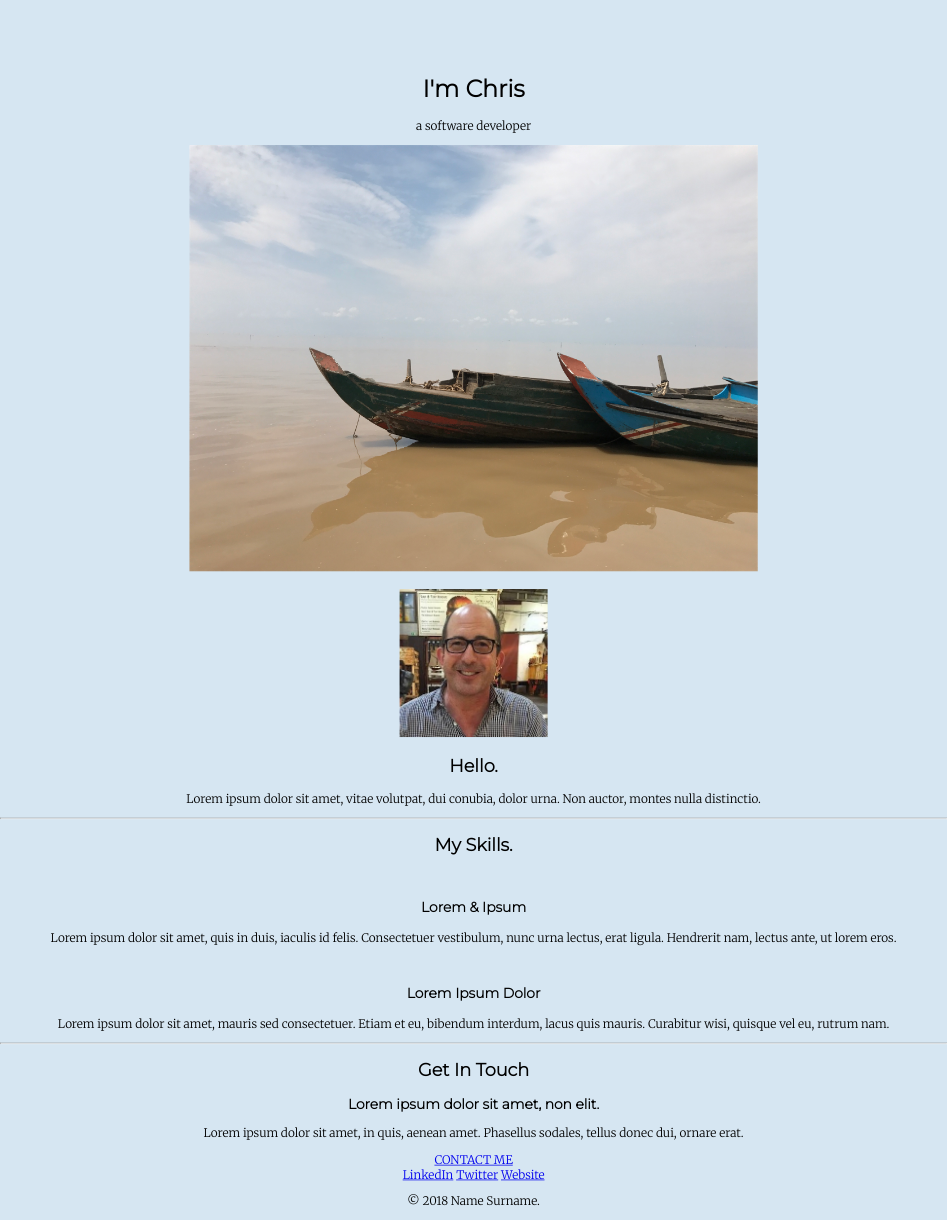
Repository: EpiTao-LLC/Personal_web_page
Page: index.html
These files come from the project's save history. The page is drawn as it stood at one moment and after the next save; the edit follows.
The browser window is 1280 px wide. The pictures show the whole page, at 74% of full size.

Above is the page before, as saved 2020-05-21 13:04:54.

### index.html
<!DOCTYPE html>
<html lang="en">
<head>
    <meta charset="UTF-8">
    <meta name="viewport" content="width=device-width, initial-scale=1.0">
    <title>Chris Larson</title>
    <link rel="stylesheet" href="css/styles.css">
    <link href="https://fonts.googleapis.com/css2?family=Merriweather:wght@300&family=Montserrat:wght@300&family=Sacramento&display=swap" rel="stylesheet">
    <link rel="apple-touch-icon" sizes="180x180" href="favicon_package_v0.16/apple-touch-icon.png">
    <link rel="icon" type="image/png" sizes="32x32" href="favicon_package_v0.16/favicon-32x32.png">
    <link rel="icon" type="image/png" sizes="16x16" href="favicon_package_v0.16/favicon-16x16.png">
    <link rel="manifest" href="favicon_package_v0.16/site.webmanifest">
    <link rel="mask-icon" href="favicon_package_v0.16/safari-pinned-tab.svg" color="#5bbad5">
    <meta name="msapplication-TileColor" content="#da532c">
    <meta name="theme-color" content="#ffffff">
</head>
<body>
    <div class = "top_container">
<!--
     <img class="top_cloud" src="images/cloud.png" alt="cloud image">
-->
        <h1>I'm Chris</h1>
        <p>a software developer</p>
<!--
        <img class="bottom_cloud" src="images/cloud.png" alt="cloud image">
-->
        <img src="images/Boats in Cambodia.jpeg" width = 60% height= 60% alt="Boats in Cambodia image">
      </div>
    <div class="middle-container">
        <div class="profile">
          <br>
          <img src="images/Denmark copy.JPG" width = 200px height= 200px alt="Chris Pic">
          <h2>Hello.</h2>
          <p>Lorem ipsum dolor sit amet, vitae volutpat, dui conubia, dolor urna. Non auctor, montes nulla distinctio.</p>
        </div>
        <hr>
        <div class="skills">
          <h2>My Skills.</h2>
          <div class="skill-row">
            <img class="" src="" alt="">
            <h3>Lorem & Ipsum</h3>
            <p>Lorem ipsum dolor sit amet, quis in duis, iaculis id felis. Consectetuer vestibulum, nunc urna lectus, erat ligula. Hendrerit nam, lectus ante, ut lorem eros.</p>
          </div>
          <div class="skill-row">
            <img class="" src="" alt="">
            <h3>Lorem Ipsum Dolor</h3>
            <p>Lorem ipsum dolor sit amet, mauris sed consectetuer. Etiam et eu, bibendum interdum, lacus quis mauris. Curabitur wisi, quisque vel eu, rutrum nam.</p>
          </div>
        </div>
        <hr>
        <div class="contact-me">
          <h2>Get In Touch</h2>
          <h3>Lorem ipsum dolor sit amet, non elit.</h3>
          <p>Lorem ipsum dolor sit amet, in quis, aenean amet. Phasellus sodales, tellus donec dui, ornare erat.</p>
          <a class="btn" href="mailto:name@email.com">CONTACT ME</a>
        </div>
      </div>


      <div class="bottom-container">
        <a class="footer-link" href="https://www.linkedin.com/">LinkedIn</a>
        <a class="footer-link" href="https://twitter.com/">Twitter</a>
        <a class="footer-link" href="https://www.appbrewery.co/">Website</a>
        <p>© 2018 Name Surname.</p>
      </div>
</body>
</html>

### css/styles.css
body {
    margin: 0;
    text-align: center;
    background-color: #d6e6f2;
    font-family: 'Merriweather', serif;
}
h1 {
    margin-top: 0;
    font-family: 'Montserrat', sans-serif;
}
h2 {
    font-family: 'Montserrat', sans-serif;
}
h3 {
    font-family: 'Montserrat', sans-serif;
}
.top_container {
    background-color: #d6e6f2;
    position: relative;
    padding-top: 100px;
}
.middle_container {

}
.bottom_container {

}
.top_cloud {
    position: absolute;
    right: 300px;
    top: 50px;
}
.bottom_cloud {
    position: absolute;
    left: 300px;
    bottom: 300px;
}

After the next save:
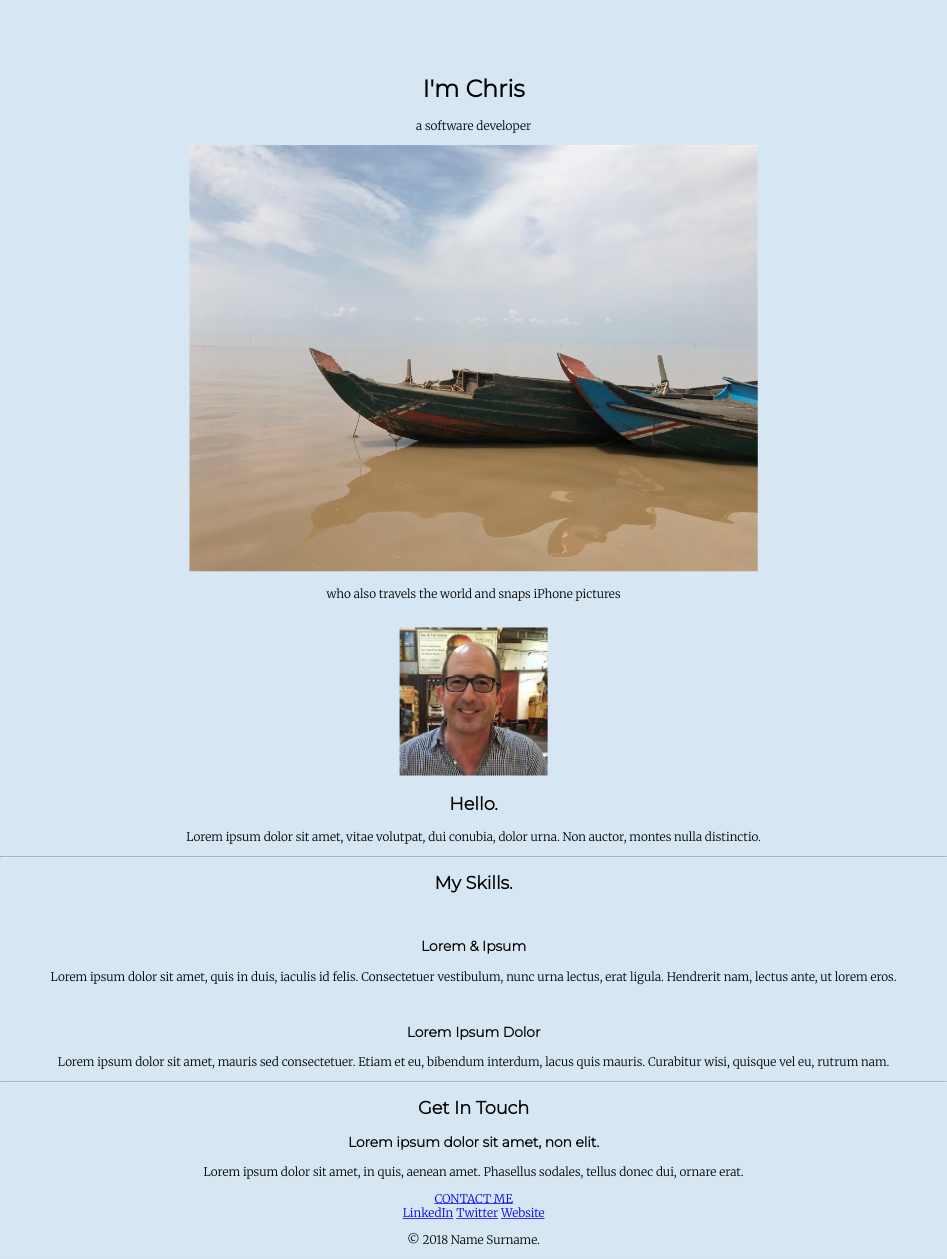
Saved 2 min 56 s later.
--- a/index.html
+++ b/index.html
@@ -25,6 +25,7 @@
         <img class="bottom_cloud" src="images/cloud.png" alt="cloud image">
 -->
         <img src="images/Boats in Cambodia.jpeg" width = 60% height= 60% alt="Boats in Cambodia image">
+        <p>who also travels the world and snaps iPhone pictures</p>
       </div>
     <div class="middle-container">
         <div class="profile">
